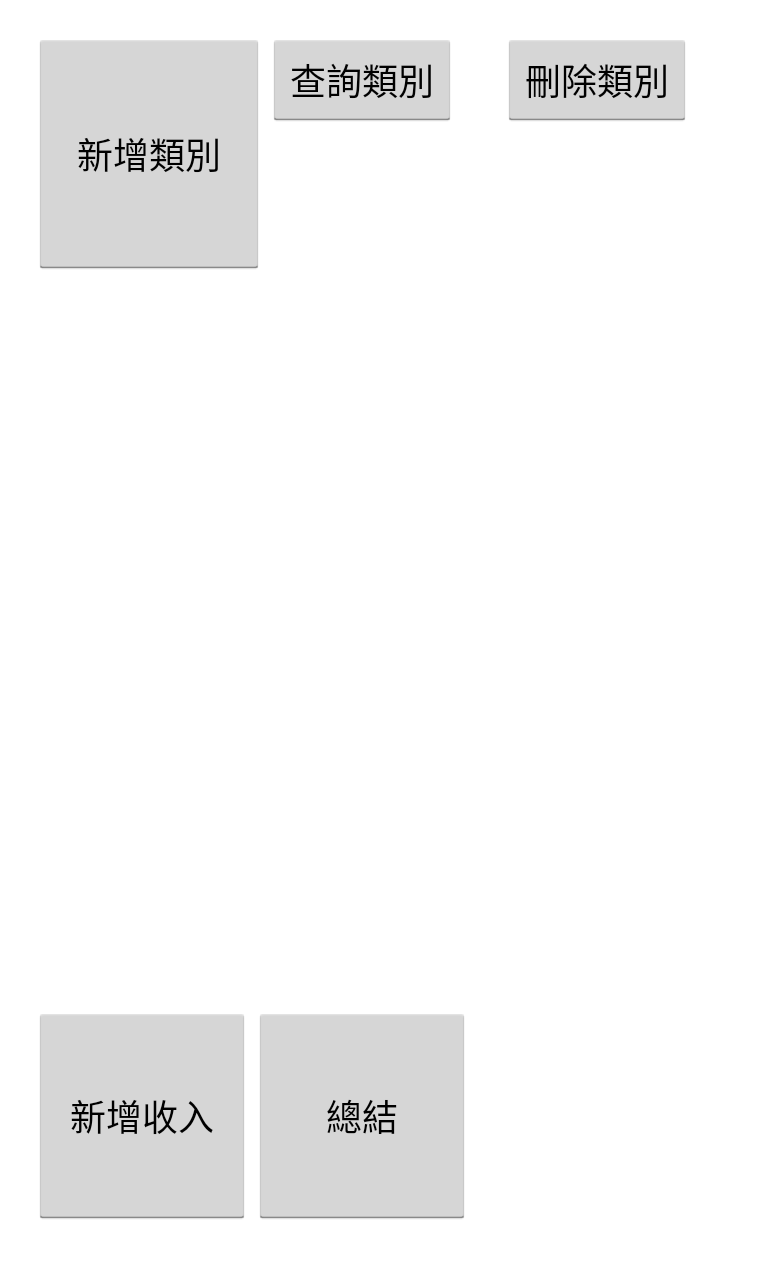
Repository: rayyrayy/Android-app-project
Layout: flashaccounting/easy money manager/res/layout/activity_main.xml
The author's editor kept a copy of each file at every save. The layout is drawn from the files as they stood at one save, then again after the next save.
It is drawn on a 768 x 1280 px phone screen (xhdpi) without system bars, with theme AppTheme; the app's code is not run.

Above is the layout before, as saved 2014-10-29 06:02:47.

After the next save:
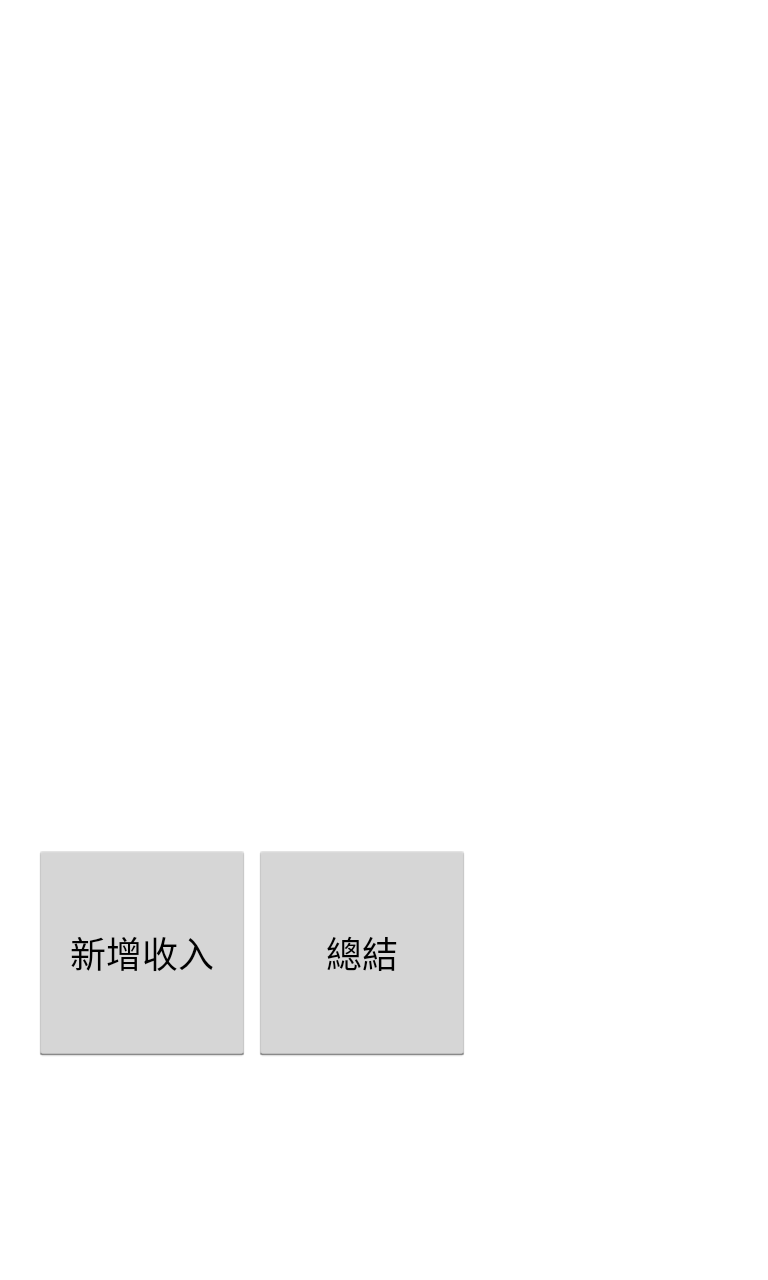
Saved 9 min 8 s later.
--- a/flashaccounting/easy money manager/res/layout/activity_main.xml
+++ b/flashaccounting/easy money manager/res/layout/activity_main.xml
@@ -16,7 +16,7 @@
    <LinearLayout
     android:layout_width="fill_parent"
    	android:layout_height="fill_parent"
-   	android:layout_weight="2"
+   	android:layout_weight="3"
    	android:orientation="horizontal">
 
    	    <LinearLayout
